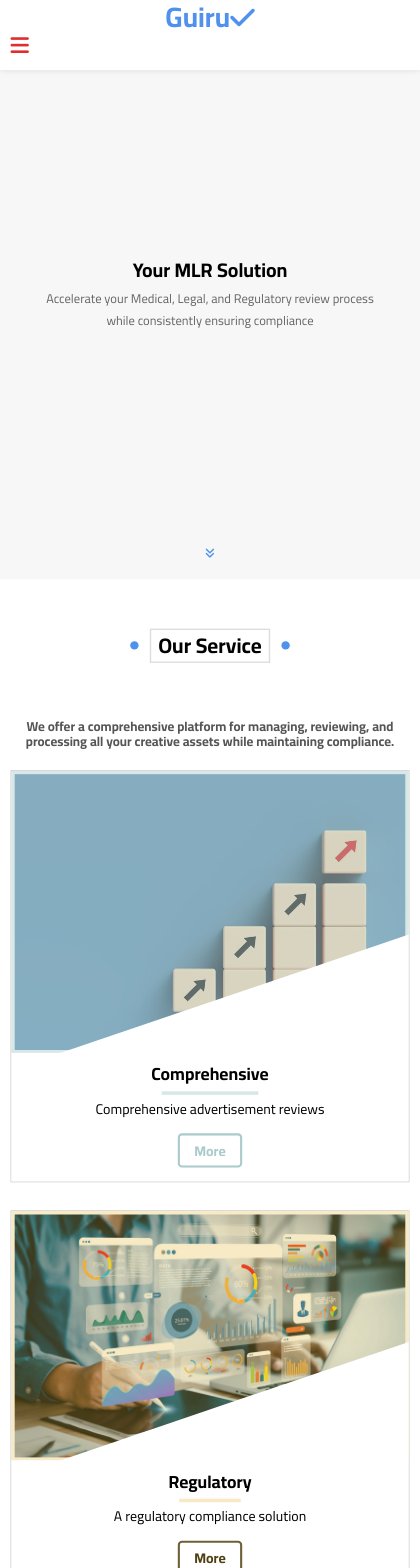
Repository: AsmaaAlothman/Templet-1-website
Page: home.html
An editor plug-in stored every save of this project. The page is shown before and after the next save, followed by the edit.
The browser window is 600 px wide. The pictures show the part of the page from y = 0 to 2240 px (the page is 5240 px tall before and 5220 px after), at 70% of full size.

Above is the page before, as saved 2024-08-31 13:47:55.

After the next save:
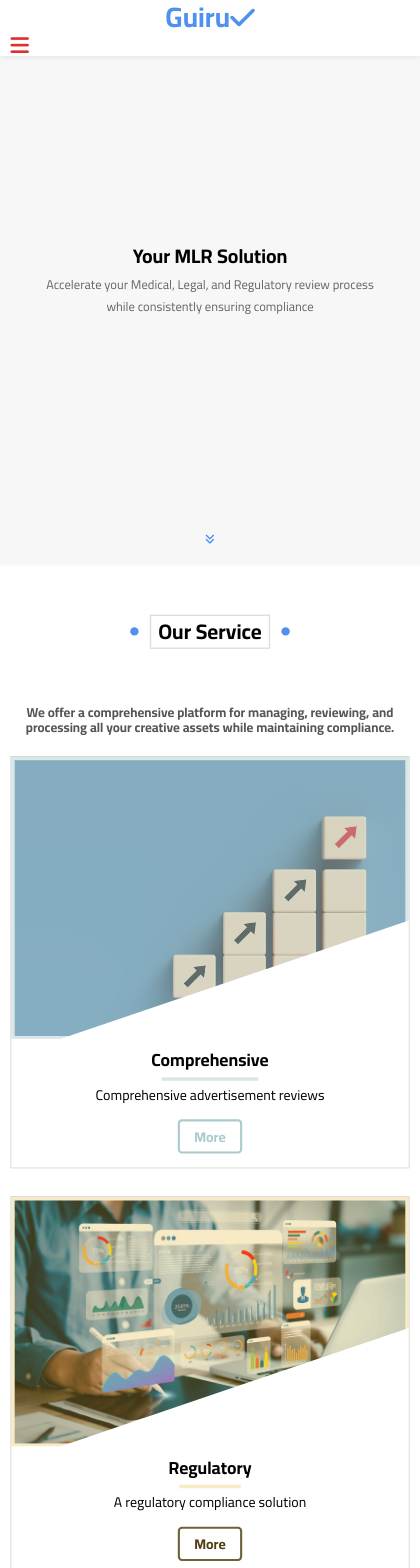
Saved 26 s later.
--- a/css/home.css
+++ b/css/home.css
@@ -236,7 +236,7 @@ img {
 @media (max-width: 767px) {
     .check-btn {
         display: flex;
-        margin-bottom: 20px;
+        /* margin-bottom: 20px; */
     }
     .header .main_nav {
         display: none;
